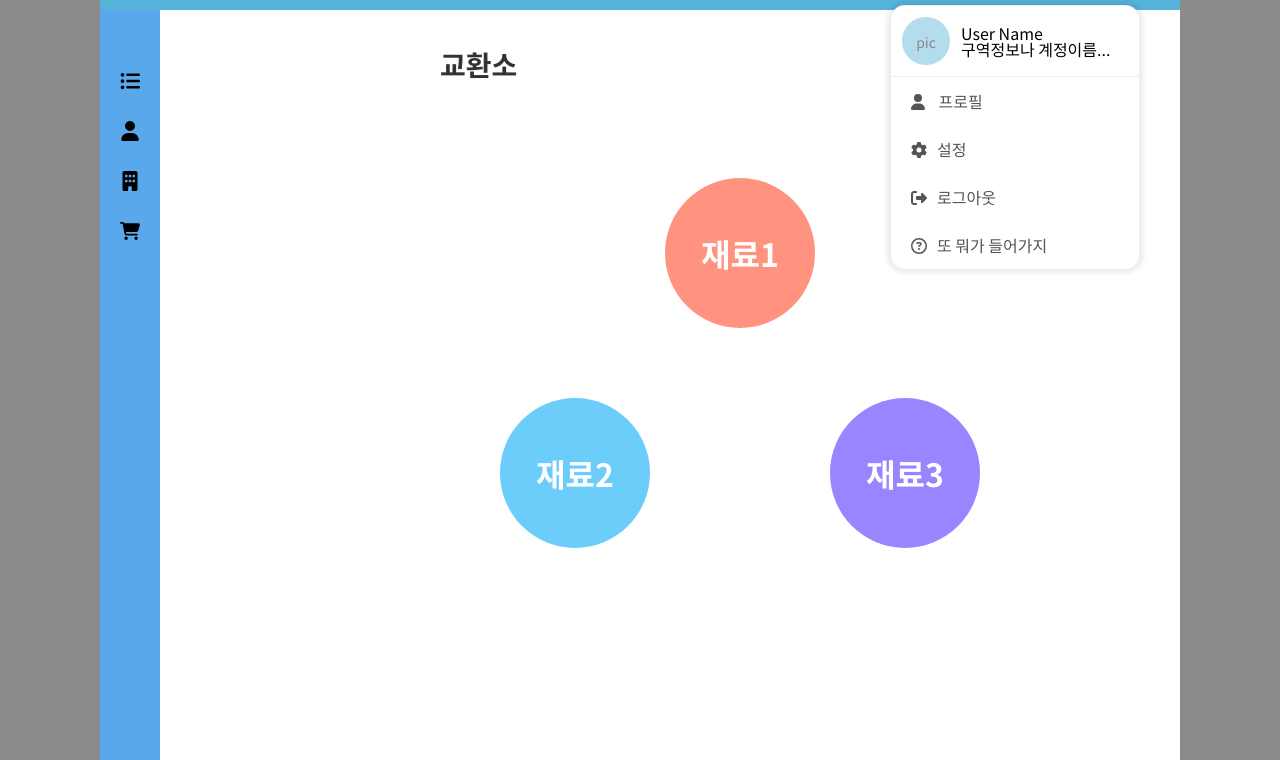
Repository: sunoo-lee/toVillage-old
Page: /#/trade
An editor plug-in stored every save of this project. The page is shown before and after the next save, followed by the edit.
The browser window is 1280 px wide. The pictures show the whole page.
The project was rebuilt for these pictures with package versions that can differ from the ones it lists, and the page was loaded fresh each time. Also part of the build but not shown: src/routes/Auth.js, src/components/Todo.js, src/components/AddForm.js, src/components/Main.js, src/routes/Home.js, src/components/MyProfile.js, src/routes/Profile.js, src/components/Area.module.css and 2 more.

Above is the page before, as saved 2022-10-13 04:42:46.

After the next save:
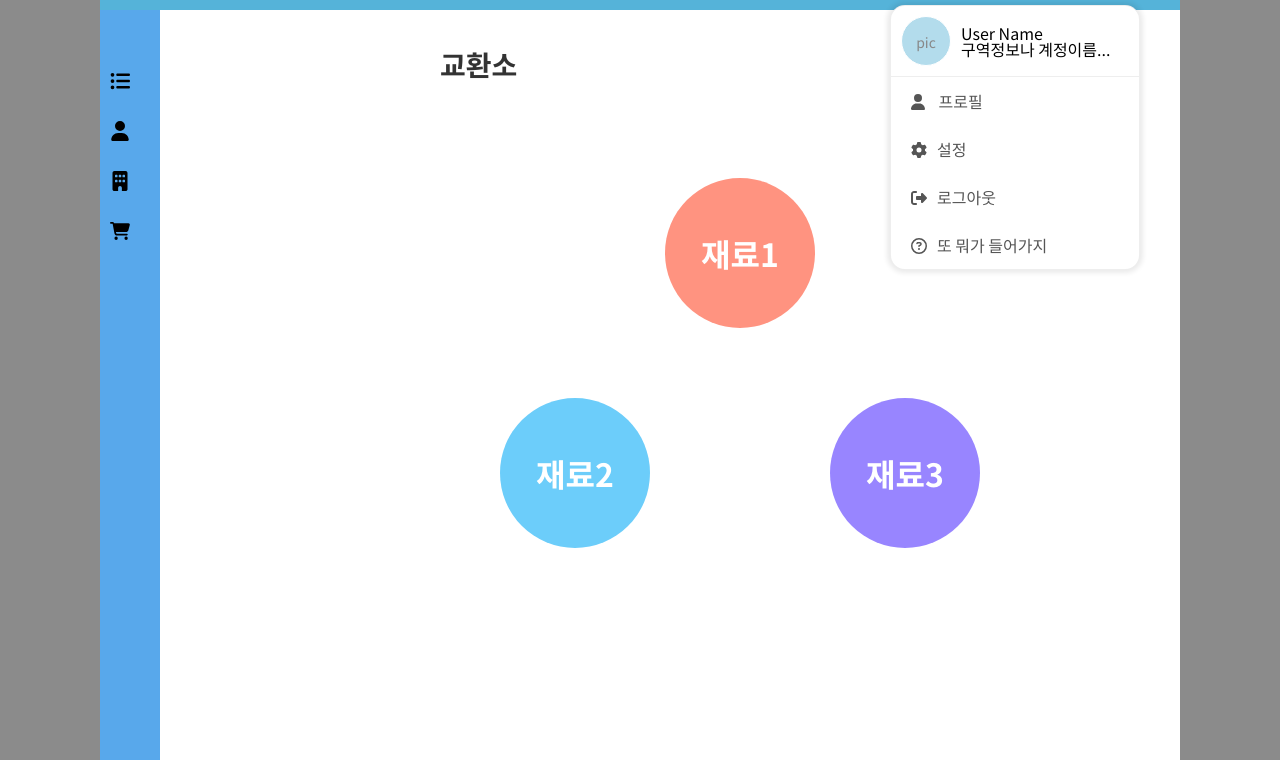
Saved 20 s later.
--- a/src/components/Navigation.module.css
+++ b/src/components/Navigation.module.css
@@ -24,7 +24,8 @@
   margin: 0;
 }
 .nav_active .container ul li span {
-  display: none;
+  /* display: none; */
+  opacity: 0;
   color: tomato;
 }
 

After the 2 saves that followed:
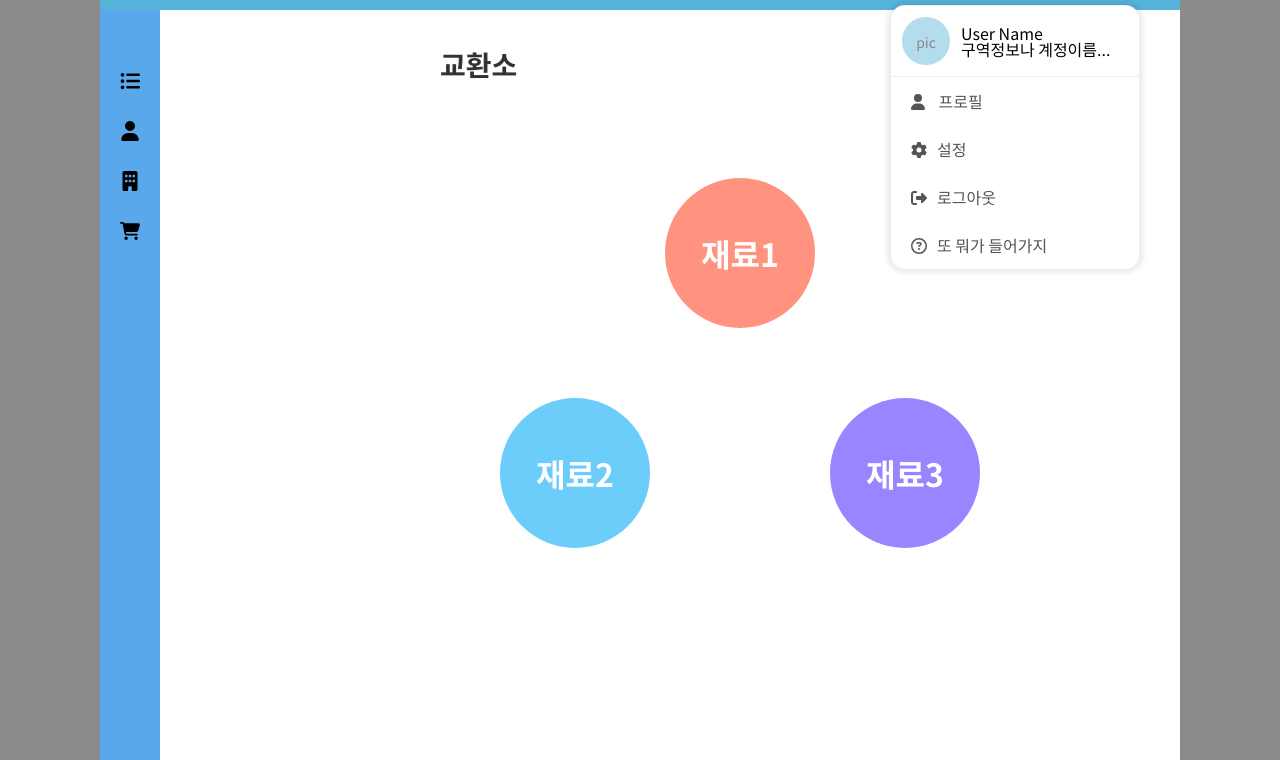
The 2 saves are shown as one change because they came seconds apart.
The last was saved 15 s later.
--- a/src/components/Navigation.module.css
+++ b/src/components/Navigation.module.css
@@ -15,7 +15,6 @@
 .nav_active {
   background-color: #58a8eb;
   width: 60px;
-  /* transform: translate(-50%); */
 }
 .nav_active .container ul li {
   padding: 0;
@@ -24,9 +23,7 @@
   margin: 0;
 }
 .nav_active .container ul li span {
-  /* display: none; */
-  opacity: 0;
-  color: tomato;
+  display: none;
 }
 
 .container {
